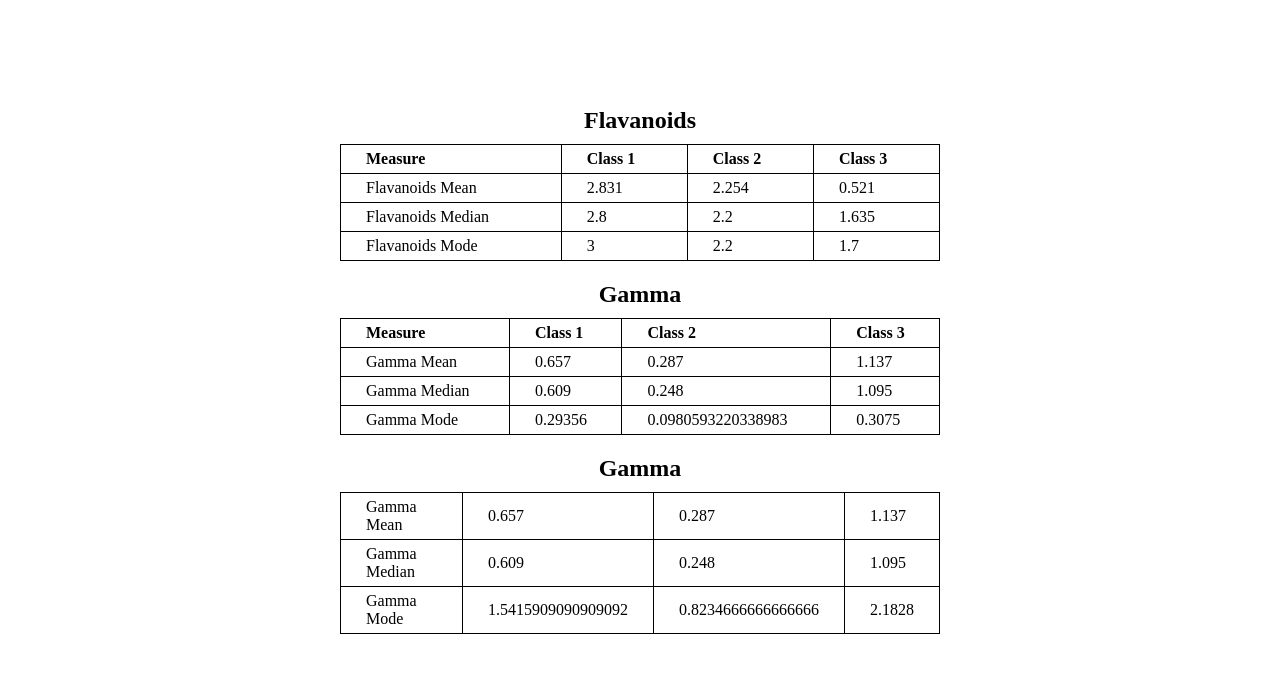
Repository: Rahul6395/WineAlcohol-Calculate
Page: /
The author's editor kept a copy of each file at every save. The page is drawn from the files as they stood at one save, then again after the next save.
The browser window is 1280 px wide. The pictures show the whole page.
The project was rebuilt for these pictures with package versions that can differ from the ones it lists, and the page was loaded fresh each time.

Above is the page before, as saved 2023-05-27 12:19:00.

### src/App.js

import Flavonoid from "./component/Flavonoid";
import GammaTable from "./component/GammaTable";
import "./App.css"
import Gamma from "./component/Gamma"

function App() {
  return (
    <div className="App">
     {/* <Tables/> */}
     <Flavonoid/>
     <GammaTable/>
     <Gamma/>
    </div>
  );
}

export default App;

### src/component/Flavonoid.js
import React,{useState,useEffect} from 'react';
import data from "../json/data.json"
// import "./css/style.css"


function Flavonoid() {

const [value ,setValue] = useState([])

useEffect(()=>{
    for(let i=0;i<data.length;i++){
        setValue(value=>[...value,data[i].Alcohol])
    }
},[])
//Get All Alcohol
const alcohol = new Set(value);
console.log("Alcohol",[...alcohol])

  const classNames = [...alcohol]; // Replace with your actual class names

//Mean Rahul
function mean(data,classN){
  let dataFilter=data.filter((data)=>data.Alcohol === classN)
  let reduce = dataFilter.reduce((a,b)=>a+b.Flavanoids,0)
  console.log("reduce",reduce)
  return parseInt(reduce)/dataFilter.length
}


 classNames.map((classN)=>{
 console.log("mean(data,classN)",mean(data,classN))
} )










  //Mean
  function calculateMean(data, className) {
    const filteredData = data.filter(item => item.Alcohol === className);
    const sum = filteredData.reduce((acc, item) => acc + item.Flavanoids, 0);
    return parseInt(sum) / filteredData.length;
  }

//   Median
  function calculateMedian(data, className) {
    const filteredData = data.filter(item => item.Alcohol === className);
    const sortedData = filteredData.sort((a, b) => a.Flavanoids - b.Flavanoids);
    const midIndex = Math.floor(sortedData.length / 2);
    if (sortedData.length % 2 === 0) {
      return (sortedData[midIndex - 1]?.Flavanoids + sortedData[midIndex]?.Flavanoids) / 2;
    } else {
      return sortedData[midIndex].Flavanoids;
    }
  }

//   Mode
  function calculateMode(data, className) {
    const filteredData = data.filter(item => item.Alcohol === className);
    const counts = {};
    filteredData.forEach(item => {
      counts[item.Flavanoids] = counts[item.Flavanoids] ? counts[item.Flavanoids] + 1 : 1;
    });
    let mode;
    let maxCount = 0;
    for (const value in counts) {
      if (counts[value] > maxCount) {
        mode = value;
        maxCount = counts[value];
      }
    }
    return mode;
  }

  return (
    <> <h2 className='heading'>Flavanoids</h2>
    <table>
      <thead>
        <tr>
          <th>Measure</th>
          {classNames.map(className => <th key={className}>Class {className}</th>)}
        </tr>
      </thead>
      <tbody>
        <tr>
          <td>Flavanoids Mean</td>
          {classNames.map(className => <td key={className}>{calculateMean(data, className).toFixed(3)}</td>)}
        </tr>
        <tr>
          <td>Flavanoids Median</td>
          {classNames.map(className => <td key={className}>{calculateMedian(data, className)}</td>)}
        </tr>
        <tr>
          <td>Flavanoids Mode</td>
          {classNames.map(className => <td key={className}>{calculateMode(data, className)}</td>)}
        </tr>
      </tbody>
    </table>
    </>
  );
}

export default Flavonoid;

### src/component/GammaTable.js
import React from 'react';
import data from "../json/data.json"

const GammaTable = () => {

  // Function to calculate class-wise mean, median, and mode of Gamma
  const calculateGammaStats = () => {
    // Calculate Gamma for each point and group by class
    const gammaByClass = {};
    console.log("gammaStats",gammaByClass)
    data.forEach((point) => {
      const { Alcohol, Ash, Hue, Magnesium } = point;
      const gamma = (Ash * Hue) / Magnesium;

      if (gammaByClass[Alcohol]) {
        gammaByClass[Alcohol].push(gamma);
      } else {
        gammaByClass[Alcohol] = [gamma];
      }
    });

    // Calculate mean, median, and mode for each class
    const statsByClass = Object.entries(gammaByClass).map(([className, gammaValues]) => {
      // Mean
        // console.log("calculateMeangammaValues",gammaValues)
      const mean = gammaValues.reduce((sum, value) => sum + value, 0) / gammaValues.length;
      // Median
      let sortData = gammaValues.sort((a, b) => a - b);
      const midIndex = Math.floor(sortData.length / 2);
      const median = sortData.length % 2 === 0 ? (sortData[midIndex-1] +  sortData[midIndex]) / 2 : sortData[midIndex]

      // Mode
  //    let modify;
  //  let maxCount = 0;
  //  const counts = {};
  // const mode = gammaValues.sort((a, b) =>
  //       gammaValues.filter((v) => v === a)
  //     ).forEach(item => {
  //       counts[item] = counts[item] ? counts[item] + 1 : 1;
  //     });
  //     for (const value in counts) {
  //       if (counts[value] > maxCount) {
  //         modify = value;
  //         maxCount = counts[value];
  //       }
  //     }
  //     return modify;




      const mode = gammaValues.sort((a, b) =>
        gammaValues.filter((v) => v === a).length - gammaValues.filter((v) => v === b).length
      )[0];

      return {
        className,
        mean: mean.toFixed(3),
        median: median.toFixed(3),
        mode: mode,
      };
    });

    return statsByClass;
  };

  const gammaStats = calculateGammaStats();

  return (
    <div>
    <h2 className='heading'>Gamma</h2>
    <table>
      <thead>
        <tr>
          <th>Measure</th>
          {gammaStats.map((stat) => (
            <th key={stat.className}>Class {stat.className}</th>
          ))}
        </tr>
      </thead>
      <tbody>
        <tr>
          <td>Gamma Mean</td>
          {gammaStats.map((stat) => (
            <td key={stat.className}>{stat.mean}</td>
          ))}
        </tr>
        <tr>
          <td>Gamma Median</td>
          {gammaStats.map((stat) => (
            <td key={stat.className}>{console.log("stat.median",stat.median)}{stat.median}</td>
          ))}
        </tr>
        <tr>
          <td>Gamma Mode</td>
          {gammaStats.map((stat) => (
            <td key={stat.className}>{stat.mode}</td>
          ))}
        </tr>
      </tbody>
    </table>
    </div>
  );
}


export default GammaTable;

### src/component/Gamma.js
import React from 'react';
import data from "../json/data.json"

const GammaTable = () => {
    const gammaByClass = {};
    console.log("gammaStats",gammaByClass)
    data.forEach((point) => {
      const { Alcohol, Ash, Hue, Magnesium } = point;
      const gamma = (Ash * Hue) / Magnesium;

      if (gammaByClass[Alcohol]) {
        gammaByClass[Alcohol].push(gamma);
      } else {
        gammaByClass[Alcohol] = [gamma];
      }
    });

    function calculateMean( className,data) {
        // const filteredData = data.filter(item => item.Alcohol === className);
      //  console.log("data",data)
        const sum = data.reduce((acc, item) => acc + item, 0) / data.length;
      //  console.log("calculateMean",sum)
        return sum;
      }

    //   Median
      function calculateMedian( className,data,) {
        // const filteredData = data.filter(item => item.Alcohol === className);
        const sortedData = data.sort((a, b) => a - b);
        const midIndex = Math.floor(sortedData.length / 2);
        if (sortedData.length % 2 === 0) {
          return (sortedData[midIndex - 1] + sortedData[midIndex]) / 2;
        } else {
          return sortedData[midIndex];
        }
      }

    //   Mode
      function calculateMode( className,data,) {
        const counts = {};
      data.forEach(item => {
          counts[item] = counts[item]  + 1 || 1;
        });

        let maxCount = 0;
        let mode = -Infinity;
        for (const value in counts) {
          const item = counts[value];
          if (item >= maxCount && Number(value) > mode) {
            maxCount = item;
            mode =Number(value);

          }
        }
        // if(mode.length === Object.keys(counts).length) mode =[];
        return mode;
      }


  return (
    <div>
    <h2 className='heading'>Gamma</h2>
    <table>
      <thead>
        {/* <tr>
          <th>Measure</th>
          {gammaByClass.map((className, gammaValues) => (
            <th key={stat}>Class {stat.className}</th>
          ))}
        </tr> */}
      </thead>
      <tbody>
        <tr>
          <td>Gamma Mean</td>
          {/* {red.map((className) => (
            <td>{calculateMean(green, className).toFixed(3)}</td>
          ))} */}
        {
          Object.entries(gammaByClass).map(([className, gammaValues])=>(
            <td>{calculateMean( className,gammaValues).toFixed(3)}</td>
          ))
        }
        </tr>
        <tr>
          <td>Gamma Median</td>
          {
          Object.entries(gammaByClass).map(([className, gammaValues])=>(
            <td>{calculateMedian( className,gammaValues).toFixed(3)}</td>
          ))
        }
        </tr>
        <tr>
          <td>Gamma Mode</td>
          {
          Object.entries(gammaByClass).map(([className, gammaValues])=>(
            <td>{calculateMode( className,gammaValues)}</td>
          ))
        }
        </tr>
      </tbody>
    </table>
    </div>
  );
}


export default GammaTable;

Loaded but not shown: public/index.html (common file); src/index.js (common file); src/App.css (common file); src/json/data.json (2673 lines, source omitted)

After the next save:
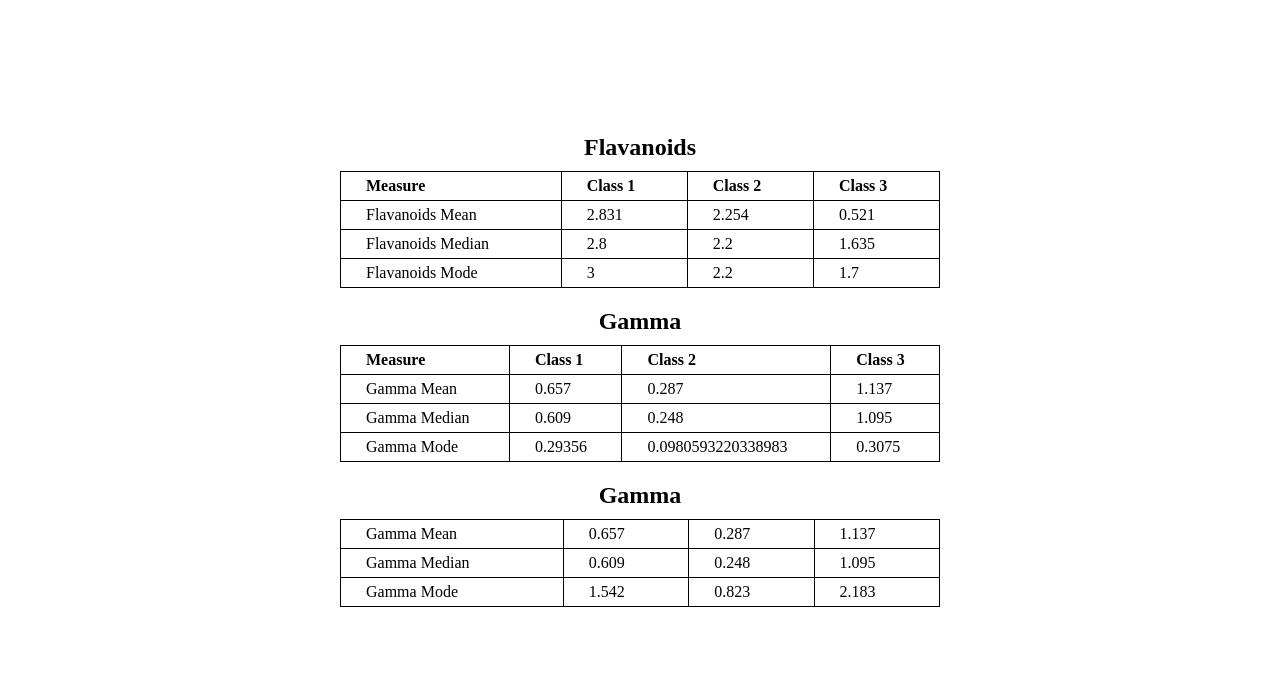
Saved 117 s later.
--- a/src/component/Gamma.js
+++ b/src/component/Gamma.js
@@ -53,7 +53,7 @@ const GammaTable = () => {
           }
         }
         // if(mode.length === Object.keys(counts).length) mode =[];
-        return mode;
+        return mode.toFixed(3);
       }
 
 
